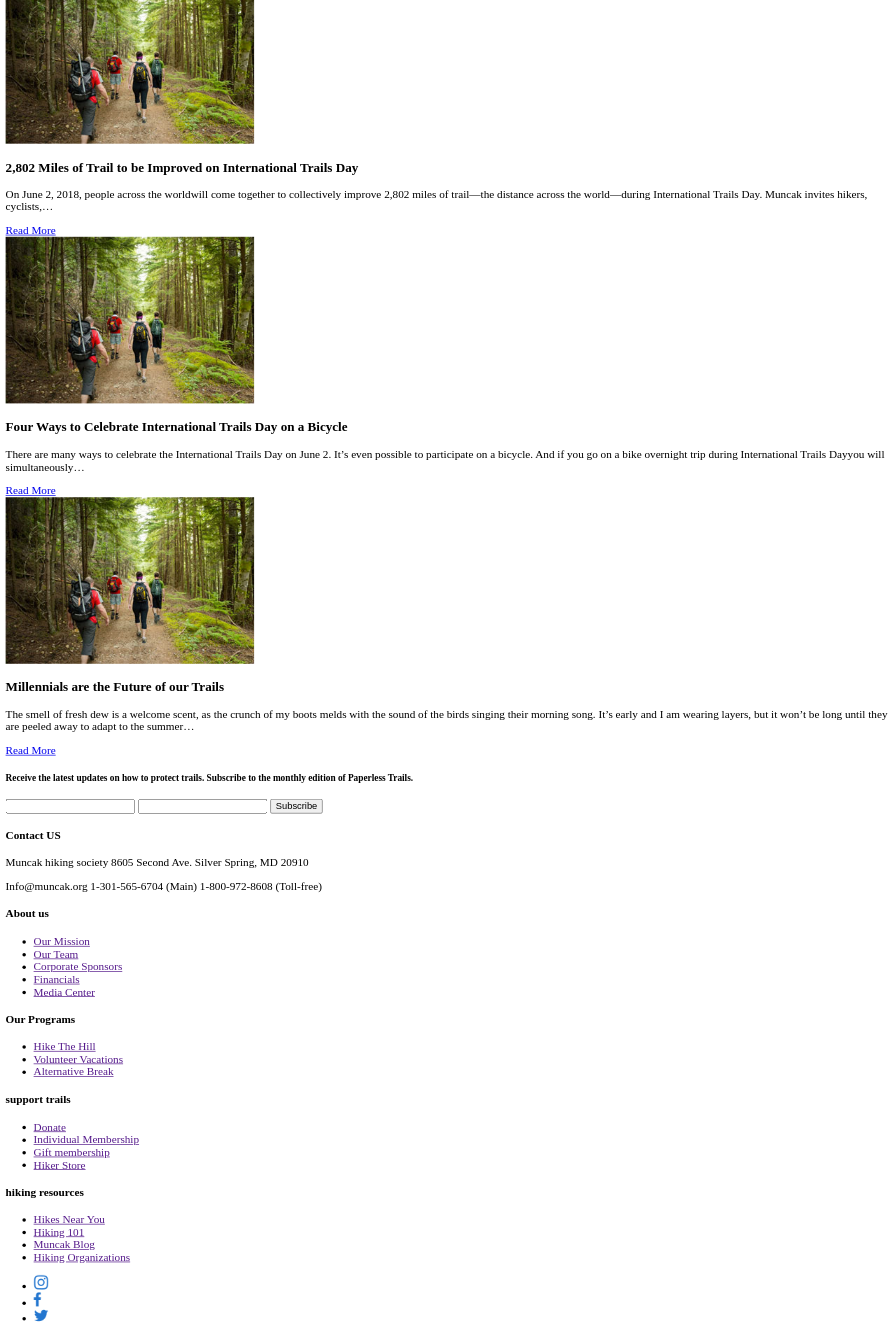
Repository: huubinh98/Project
Page: muncak/index.html
These files come from the project's save history. The page is drawn as it stood at one moment and after the next save; the edit follows.
The browser window is 1280 px wide. The pictures show the part of the page from y = 1306 to 3226 px (the page is 3214 px tall before and 3226 px after), at 70% of full size.

Above is the page before, as saved 2021-08-28 15:28:21.

After the next save:
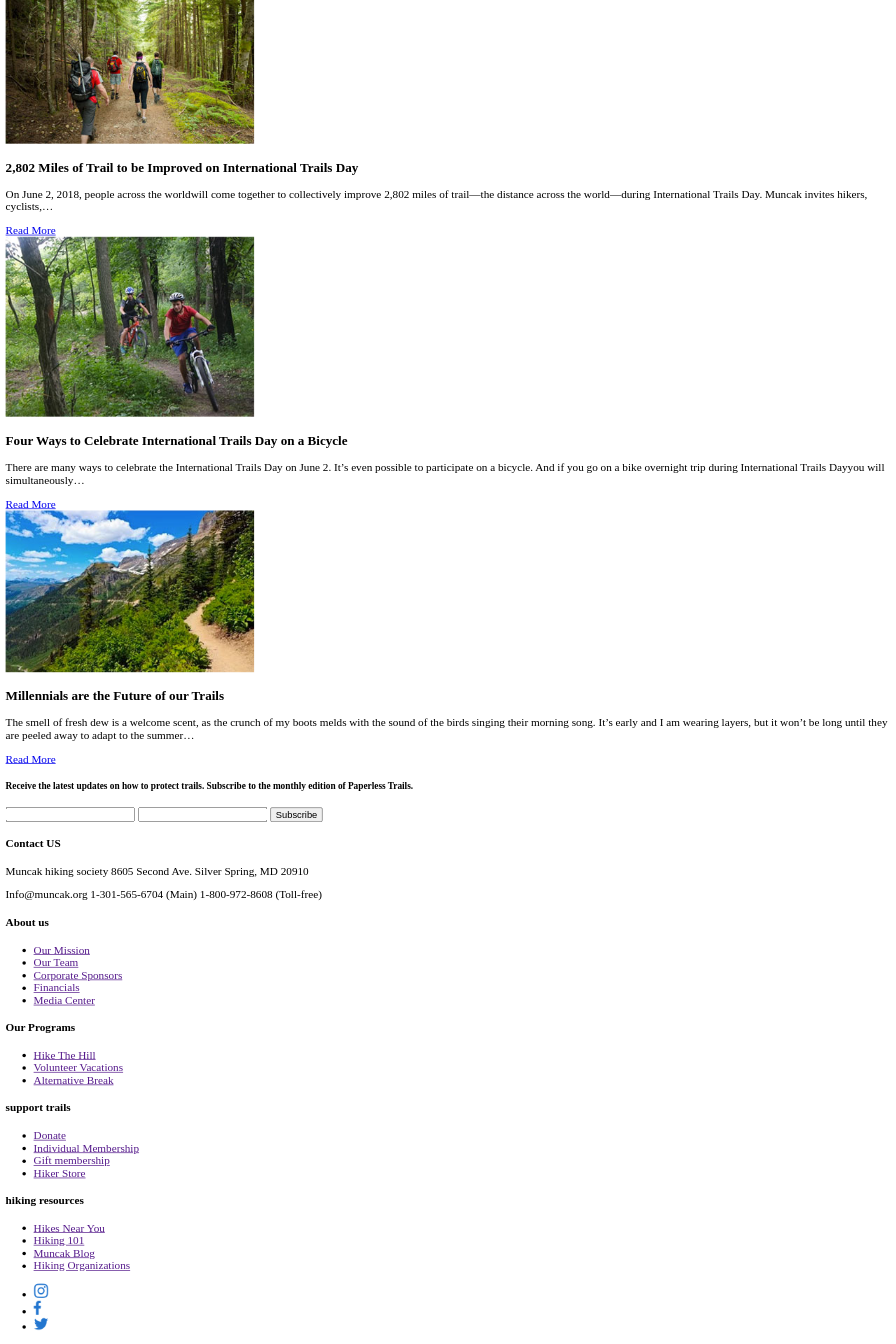
Saved 4 min 16 s later.
--- a/muncak/index.html
+++ b/muncak/index.html
@@ -103,7 +103,7 @@
                 </div>
                 <div class="new-item">
                     <a href="#" class="new-item-link">
-                        <img src="./image/pic1.jpg" alt="pic1" class="new-item-img">
+                        <img src="./image/pic2.jpg" alt="pic1" class="new-item-img">
                     </a>
                     <div class="new-item-text">
                         <h3 class="new-item-name">Four Ways to Celebrate International Trails Day on a Bicycle</h3>
@@ -113,7 +113,7 @@
                 </div>
                 <div class="new-item">
                     <a href="#" class="new-item-link">
-                        <img src="./image/pic1.jpg" alt="pic1" class="new-item-img">
+                        <img src="./image/pic3.jpg" alt="pic1" class="new-item-img">
                     </a>
                     <div class="new-item-text">
                         <h3 class="new-item-name">Millennials are the Future of our Trails</h3>
